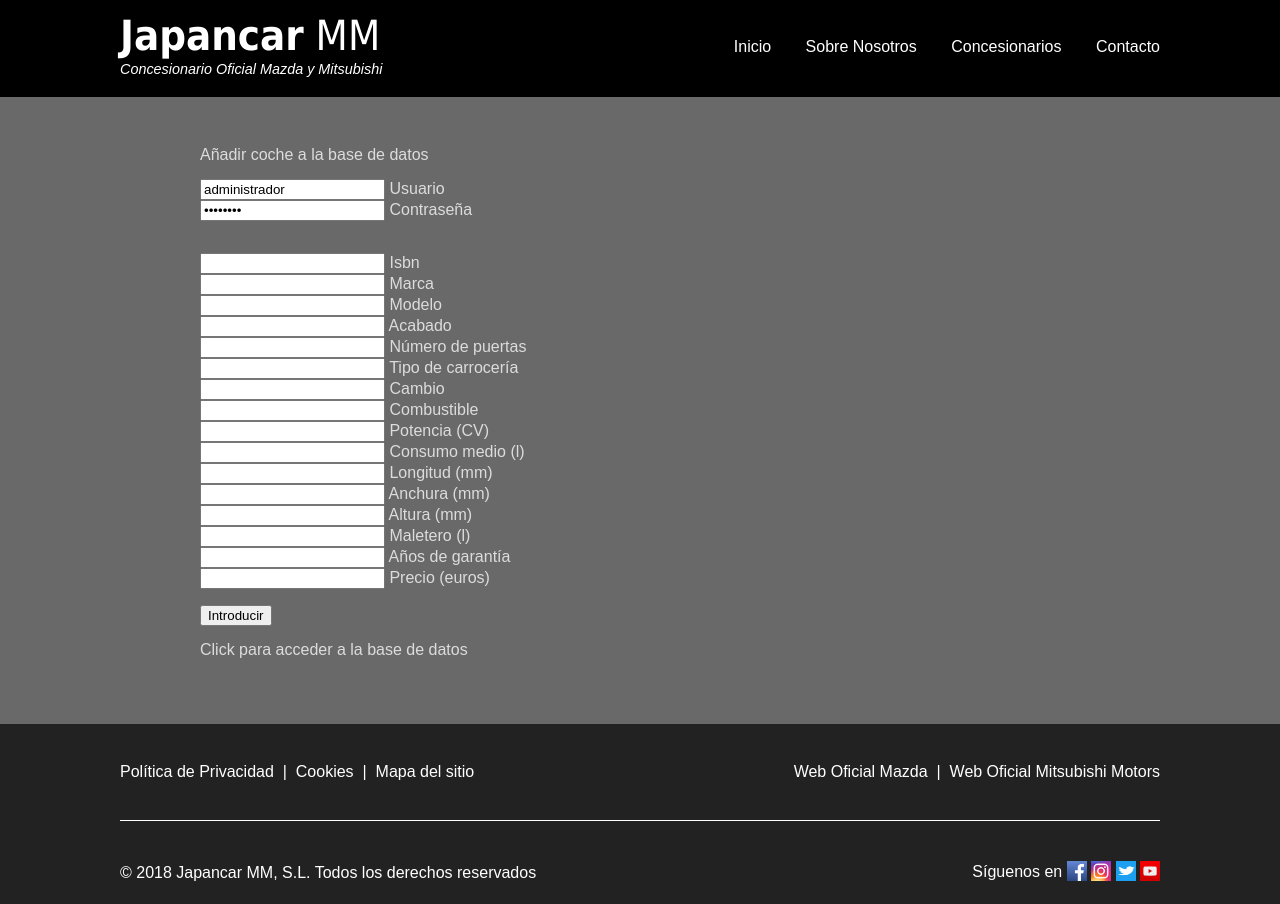
Repository: fjrm/Proyecto_1
Page: PruebaEE/WebContent/Introducir.html
An editor plug-in stored every save of this project. The page is shown before and after the next save, followed by the edit.
The browser window is 1280 px wide. The pictures show the whole page.
Some web libraries are served in a nearby version.

Above is the page before, as saved 2018-12-05 13:27:59.

After the next save:
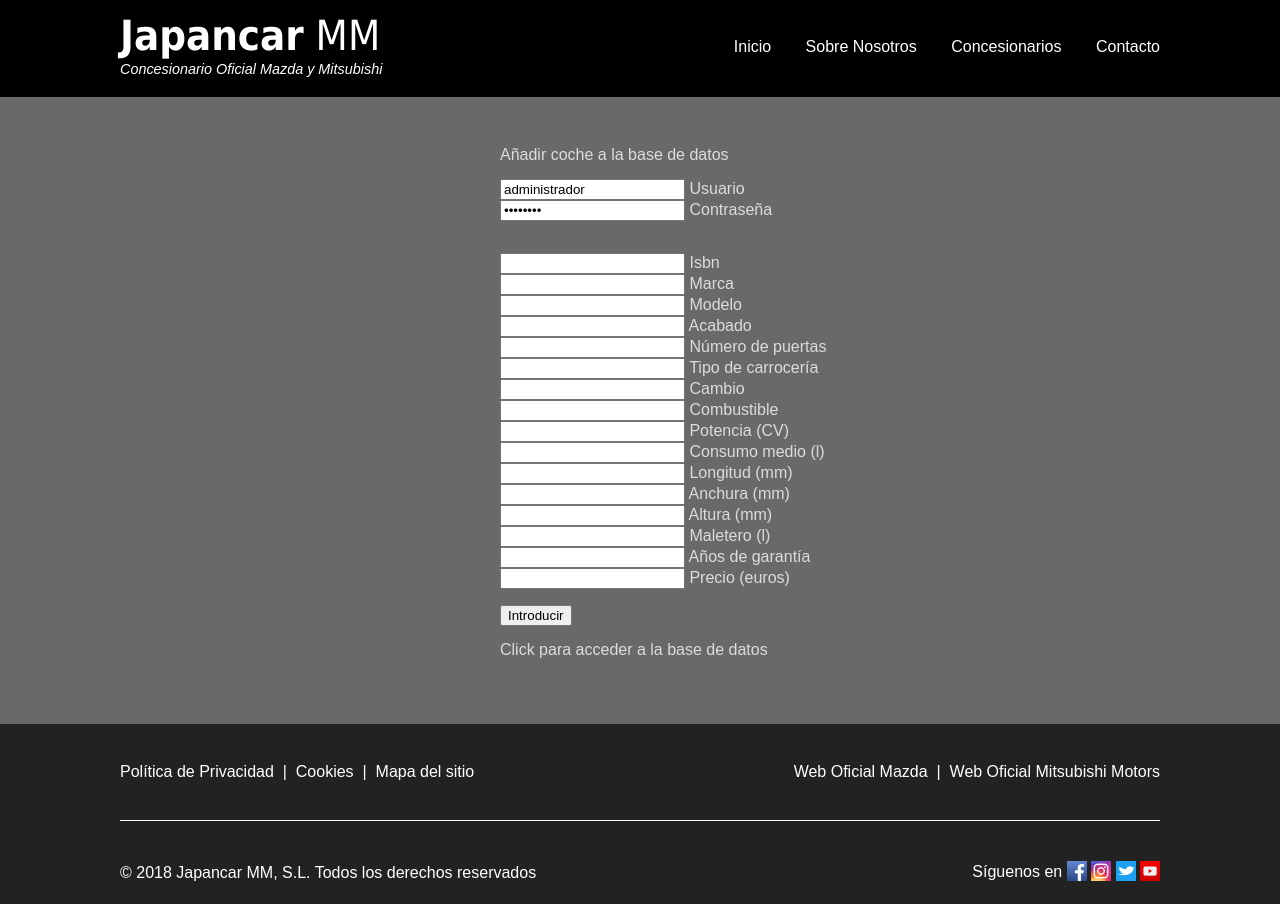
Saved 13 s later.
--- a/PruebaEE/WebContent/Introducir.html
+++ b/PruebaEE/WebContent/Introducir.html
@@ -17,7 +17,7 @@
 			padding-top: 50px;
       		padding-right: 20px;
       		padding-bottom: 50px;
-      		padding-left: 200px;
+      		padding-left: 500px;
 		}
 
 		body{
